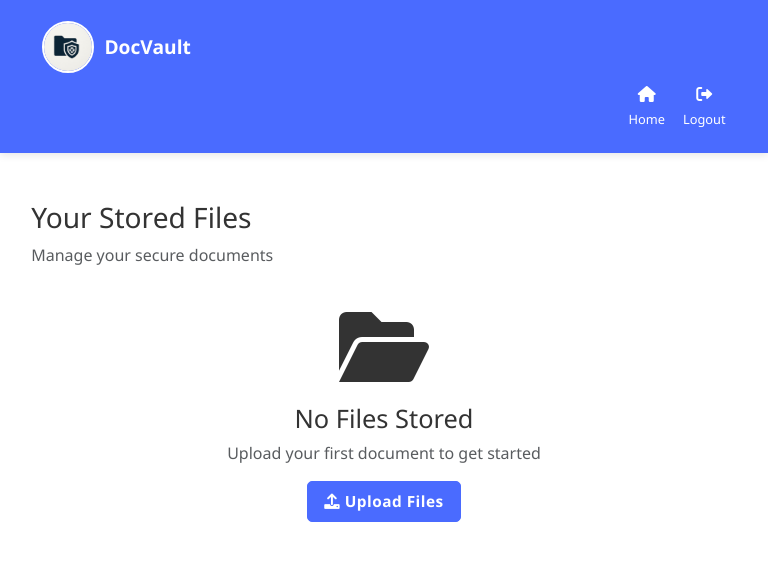
Repository: Satyaveni-Devisetti/DocVault
Page: storedfiles.html
The author's editor kept a copy of each file at every save. The page is drawn from the files as they stood at one save, then again after the next save.
The browser window is 768 px wide. The pictures show the whole page.

Above is the page before, as saved 2025-04-28 14:21:17.

### storedfiles.html
<!DOCTYPE html>
<html lang="en">
<head>
    <meta charset="UTF-8">
    <meta name="viewport" content="width=device-width, initial-scale=1.0">
    <title>Stored Files - DocVault</title>
    <link href="https://cdn.jsdelivr.net/npm/bootstrap@5.3.0/dist/css/bootstrap.min.css" rel="stylesheet">
    <link rel="stylesheet" href="https://cdnjs.cloudflare.com/ajax/libs/font-awesome/6.0.0/css/all.min.css">
    <link rel="stylesheet" href="styles.css">
    <style>
        .navbar {
            padding: 0.5rem 0;
            background: #4066fa;
        }
        .navbar .container {
            display: flex;
            align-items: center;
            justify-content: space-between;
        }
        .navbar-brand {
            display: flex;
            align-items: center;
            color: #fff !important;
            font-weight: 600;
            font-size: 1.5rem;
        }
        .navbar-logo {
            margin-right: 10px;
            height: 38px;
            width: 38px;
        }
        .navbar-nav {
            display: flex;
            flex-direction: row;
            align-items: center;
            gap: 18px;
        }
        .nav-link {
            color: #fff !important;
            font-weight: 500;
            display: flex;
            align-items: center;
            gap: 8px;
        }
        .nav-link .nav-icon-circle {
            background: rgba(255,255,255,0.15);
            border-radius: 50%;
            padding: 8px;
            display: flex;
            align-items: center;
            justify-content: center;
            font-size: 1.35rem;
        }
        @media (max-width: 991.98px) {
            .navbar {
                padding: 0.5rem 1rem;
            }
            .navbar-brand {
                font-size: 1.2rem;
            }
            .navbar-logo {
                height: 52px;
                width: 52px;
            }
            .nav-link {
                font-size: 1rem;
            }
            .nav-link .nav-icon-circle {
                padding: 8px;
                font-size: 1.5rem;
            }
        }
    </style>
</head>
<body>
    <nav class="navbar navbar-expand-lg navbar-light bg-light">
        <div class="container">
            <a class="navbar-brand" href="home.html">
                <img src="icon.png" alt="DocVault" class="navbar-logo">
                <span class="d-none d-md-inline">DocVault</span>
            </a>
            <div class="navbar-nav ms-auto">
                <a class="nav-link" href="home.html">
                    <i class="fas fa-home"></i>
                    <span>Home</span>
                </a>
                <a class="nav-link" href="#" id="logout-link">
                    <i class="fas fa-sign-out-alt"></i>
                    <span>Logout</span>
                </a>
            </div>
        </div>
    </nav>

    <div class="container mt-5">
        <div class="row mb-4">
            <div class="col">
                <h2>Your Stored Files</h2>
                <p class="text-muted">Manage your secure documents</p>
            </div>
        </div>

        <div id="files-container">
            <!-- Files will be dynamically added here -->
            <div id="no-files-message" class="text-center d-none">
                <i class="fas fa-folder-open fa-5x mb-3"></i>
                <h3>No Files Stored</h3>
                <p class="text-muted">Upload your first document to get started</p>
                <a href="home.html" class="btn btn-primary">
                    <i class="fas fa-upload"></i> Upload Files
                </a>
            </div>

            <div class="file-grid" id="file-grid">
                <!-- File cards will be added here dynamically -->
            </div>
        </div>
    </div>

    <!-- File Password Modal -->
    <div class="modal fade" id="passwordModal" tabindex="-1">
        <div class="modal-dialog">
            <div class="modal-content">
                <div class="modal-header">
                    <h5 class="modal-title">Enter File Password</h5>
                    <button type="button" class="btn-close" data-bs-dismiss="modal"></button>
                </div>
                <div class="modal-body">
                    <form id="password-form">
                        <div class="form-group">
                            <label for="file-password-input">Password</label>
                            <input type="password" class="form-control" id="file-password-input" required>
                        </div>
                        <div class="text-center mt-3">
                            <button type="submit" class="btn btn-primary">
                                <span class="button-text">Access File</span>
                                <span class="loading d-none"></span>
                            </button>
                        </div>
                    </form>
                </div>
            </div>
        </div>
    </div>

    <!-- Share Modal -->
    <div class="modal fade" id="shareModal" tabindex="-1">
        <div class="modal-dialog">
            <div class="modal-content">
                <div class="modal-header">
                    <h5 class="modal-title">Share File</h5>
                    <button type="button" class="btn-close" data-bs-dismiss="modal"></button>
                </div>
                <div class="modal-body">
                    <form id="share-form">
                        <div class="form-group">
                            <label for="share-email">Recipient's Email</label>
                            <input type="email" class="form-control" id="share-email" required>
                        </div>
                        <div class="form-group mt-3">
                            <label for="share-message">Message (Optional)</label>
                            <textarea class="form-control" id="share-message" rows="3"></textarea>
                        </div>
                        <div class="text-center mt-3">
                            <button type="submit" class="btn btn-primary">
                                <span class="button-text">Share</span>
                                <span class="loading d-none"></span>
                            </button>
                        </div>
                    </form>
                </div>
            </div>
        </div>
    </div>

    <script src="https://cdn.jsdelivr.net/npm/bootstrap@5.3.0/dist/js/bootstrap.bundle.min.js"></script>
    <script src="script.js"></script>
</body>
</html>

### styles.css
:root {
    --primary-color: #4a6bff;
    --secondary-color: #f8f9fa;
    --text-color: #333;
    --success-color: #28a745;
    --error-color: #dc3545;
}

body {
    font-family: 'Segoe UI', Tahoma, Geneva, Verdana, sans-serif;
    margin: 0;
    padding: 0;
    color: var(--text-color);
}

/* Index Page Styles */
.left-side {
    background-color: var(--secondary-color);
    padding: 2rem;
    display: flex;
    align-items: center;
    justify-content: center;
}

.right-side {
    background-color: white;
    padding: 2rem;
    display: flex;
    flex-direction: column;
    align-items: center;
    justify-content: center;
}

.content h1 {
    font-size: 2.5rem;
    margin-bottom: 1rem;
    color: var(--primary-color);
}

.features {
    list-style: none;
    padding: 0;
}

.features li {
    margin: 1rem 0;
    font-size: 1.1rem;
}

.features i {
    color: var(--primary-color);
    margin-right: 0.5rem;
}

.auth-buttons {
    margin-bottom: 2rem;
}

.auth-buttons .btn {
    margin: 0 0.5rem;
    padding: 0.5rem 1.5rem;
}

.icon-container {
    font-size: 8rem;
    color: var(--primary-color);
    animation: float 3s ease-in-out infinite;
}

@keyframes float {
    0% {
        transform: translateY(0px);
    }
    50% {
        transform: translateY(-20px);
    }
    100% {
        transform: translateY(0px);
    }
}

/* Card and Container Base Styles */
.form-container, .file-card, .alert {
    background: #ffffff;
    border-radius: 10px;
    border: 1px solid rgba(0, 0, 0, 0.05);
    box-shadow: rgba(99, 99, 99, 0.1) 0px 2px 8px 0px, rgba(0, 0, 0, 0.05) 0px 0px 0px 1px;
    transition: all 0.3s ease;
}

.form-container:hover, .file-card:hover {
    box-shadow: rgba(0, 0, 0, 0.1) 0px 10px 15px -3px, rgba(0, 0, 0, 0.05) 0px 4px 6px -2px;
}

.form-container {
    max-width: 500px;
    width: 95%;
    margin: 2rem auto;
    padding: 2rem;
}

.form-container h2 {
    color: #333;
    font-weight: 700;
    margin-bottom: 2rem;
    font-size: clamp(1.5rem, 4vw, 2rem);
    text-transform: uppercase;
    letter-spacing: 0.5px;
}

/* Section Headers */
.section-headers {
    display: flex;
    justify-content: center;
    gap: clamp(1rem, 3vw, 2rem);
    margin-bottom: 2rem;
    padding-bottom: 0.5rem;
    border-bottom: 2px solid #e9ecef;
    flex-wrap: wrap;
}

.section-title {
    color: #666;
    font-size: clamp(1rem, 3vw, 1.25rem);
    font-weight: 600;
    cursor: pointer;
    padding: 0.5rem 1rem;
    margin: 0;
    transition: all 0.3s ease;
    position: relative;
    border: none;
    background: none;
    outline: none;
    white-space: nowrap;
}

.section-title:hover {
    color: var(--primary-color);
}

.section-title.active {
    color: var(--primary-color);
}

.section-title.active::after {
    content: '';
    position: absolute;
    bottom: -0.5rem;
    left: 0;
    width: 100%;
    height: 3px;
    background-color: var(--primary-color);
    transition: all 0.3s ease;
}

/* Form Styles */
.update-form {
    opacity: 0;
    display: none;
    transition: opacity 0.3s ease;
    position: relative;
}

.update-form.active {
    opacity: 1;
    display: block;
}

.form-group {
    margin-bottom: 1.5rem;
}

.form-group label {
    display: block;
    margin-bottom: 0.5rem;
    font-weight: 600;
    color: #333;
    font-size: clamp(0.875rem, 2vw, 1rem);
}

.form-control {
    padding: clamp(0.5rem, 2vw, 0.75rem);
    border-radius: 5px;
    border: 1px solid #ddd;
    width: 100%;
    font-size: clamp(0.875rem, 2vw, 1rem);
    background-color: white;
}

.form-control:focus {
    border-color: var(--primary-color);
    box-shadow: 0 0 0 0.2rem rgba(74, 107, 255, 0.25);
}

/* Input Group for Password Fields */
.input-group {
    display: flex;
    align-items: stretch;
    width: 100%;
    margin-bottom: 1rem;
}

.input-group .form-control {
    border-top-right-radius: 0;
    border-bottom-right-radius: 0;
    margin-bottom: 0;
}

.input-group .btn {
    border-top-left-radius: 0;
    border-bottom-left-radius: 0;
}

/* Button Styles */
.btn {
    padding: clamp(0.5rem, 2vw, 0.75rem) clamp(1rem, 3vw, 1.5rem);
    font-size: clamp(0.875rem, 2vw, 1rem);
    border-radius: 5px;
    transition: all 0.3s ease;
}

.btn-primary {
    background-color: var(--primary-color);
    border-color: var(--primary-color);
    color: white;
    font-weight: 600;
    letter-spacing: 0.5px;
}

.btn-primary:hover {
    transform: translateY(-2px);
    box-shadow: 0 4px 12px rgba(74, 107, 255, 0.2);
}

.btn-outline-secondary {
    background-color: white;
    border-color: #ddd;
    color: #666;
}

.btn-outline-secondary:hover {
    background-color: #f8f9fa;
    border-color: #ddd;
    color: #333;
}

/* File Grid Styles */
.file-grid {
    display: grid;
    grid-template-columns: repeat(auto-fill, minmax(280px, 1fr));
    gap: 1.5rem;
    padding: 1.5rem;
}

.file-card {
    padding: 1.5rem;
    transition: all 0.3s ease;
}

.file-card:hover {
    transform: translateY(-5px);
    box-shadow: rgba(17, 17, 26, 0.1) 0px 8px 24px, rgba(17, 17, 26, 0.1) 0px 16px 56px;
}

.file-actions {
    display: flex;
    justify-content: space-around;
    margin-top: 1rem;
}

.file-actions i {
    cursor: pointer;
    color: var(--primary-color);
    transition: color 0.2s;
}

.file-actions i:hover {
    color: #3a5bef;
}

/* Responsive Design */
@media (max-width: 1200px) {
    .file-grid {
        grid-template-columns: repeat(auto-fill, minmax(250px, 1fr));
        gap: 1.25rem;
        padding: 1.25rem;
    }
}

@media (max-width: 992px) {
    .form-container {
        width: 90%;
        padding: 1.75rem;
    }

    .file-grid {
        grid-template-columns: repeat(auto-fill, minmax(220px, 1fr));
        gap: 1rem;
        padding: 1rem;
    }
}

@media (max-width: 768px) {
    .form-container {
        width: 85%;
        padding: 1.5rem;
        margin: 1.5rem auto;
    }

    .section-headers {
        gap: 1rem;
    }

    .file-grid {
        grid-template-columns: repeat(auto-fill, minmax(200px, 1fr));
    }

    .file-card {
        padding: 1.25rem;
    }
}

@media (max-width: 576px) {
    .form-container {
        width: 92%;
        padding: 1.25rem;
        margin: 1rem auto;
    }

    .section-headers {
        flex-direction: row;
        gap: 0.75rem;
    }

    .section-title {
        padding: 0.4rem 0.8rem;
    }

    .file-grid {
        grid-template-columns: 1fr;
        padding: 0.75rem;
        gap: 1rem;
    }

    .file-card {
        width: 100%;
        min-width: 0;
        max-width: 100%;
        margin: 0 auto 1rem auto;
        box-sizing: border-box;
    }

    .form-group {
        margin-bottom: 1rem;
    }
}

/* Animations */
.fade-in {
    animation: fadeIn 0.5s ease-in;
}

@keyframes fadeIn {
    from {
        opacity: 0;
        transform: translateY(20px);
    }
    to {
        opacity: 1;
        transform: translateY(0);
    }
}

/* Loading Animation */
.loading {
    display: inline-block;
    width: 20px;
    height: 20px;
    border: 3px solid rgba(255,255,255,.3);
    border-radius: 50%;
    border-top-color: #fff;
    animation: spin 1s ease-in-out infinite;
}

@keyframes spin {
    to { transform: rotate(360deg); }
}

/* Error and Success Messages */
.alert {
    margin: 1rem 0;
    padding: clamp(0.75rem, 2vw, 1rem);
    font-size: clamp(0.875rem, 2vw, 1rem);
}

.alert-success {
    background-color: #d4edda;
    border-color: #c3e6cb;
    color: #155724;
}

.alert-error {
    background-color: #f8d7da;
    border-color: #f5c6cb;
    color: #721c24;
}

.spinner-border-sm {
    width: 1rem;
    height: 1rem;
    border-width: 0.2em;
}

.btn:disabled {
    cursor: not-allowed;
    opacity: 0.8;
}

/* Navbar Styles */
.navbar {
    padding: 0.75rem 0;
    background-color: var(--primary-color) !important;
    width: 100%;
    margin: 0;
    box-shadow: 0 2px 8px rgba(0, 0, 0, 0.1);
}

.navbar .container {
    display: flex;
    justify-content: space-between;
    align-items: center;
    padding: 0 2rem;
}

.navbar-brand {
    display: flex;
    align-items: center;
    color: white !important;
    font-size: 1.5rem;
    font-weight: 600;
    text-decoration: none;
}

.navbar-logo {
    width: 40px;
    height: 40px;
    border-radius: 50%;
    margin-right: 12px;
    border: 2px solid white;
    object-fit: cover;
}

.navbar-nav {
    display: flex;
    align-items: center;
    gap: 1.5rem;
}

.nav-link {
    color: white !important;
    text-decoration: none;
    display: flex;
    flex-direction: column;
    align-items: center;
    transition: all 0.3s ease;
}

.nav-icon-circle {
    width: 40px;
    height: 40px;
    border-radius: 50%;
    background: rgba(255, 255, 255, 0.1);
    display: flex;
    align-items: center;
    justify-content: center;
    margin-bottom: 0.5rem;
    border: 2px solid rgba(255, 255, 255, 0.2);
    transition: all 0.3s ease;
}

.nav-link:hover .nav-icon-circle {
    background: white;
    border-color: white;
}

.nav-link:hover .nav-icon-circle i {
    color: var(--primary-color);
}

.nav-link span {
    font-size: 0.875rem;
    color: white;
}

/* Main Icon Styles */
.main-icon {
    display: flex;
    justify-content: center;
    align-items: center;
    height: 100%;
    padding: 2rem;
}

.circular-icon {
    width: 300px;
    height: 300px;
    border-radius: 50%;
    object-fit: cover;
    box-shadow: 0 4px 20px rgba(0, 0, 0, 0.15);
    border: 6px solid var(--primary-color);
}

/* Responsive Styles */
@media (max-width: 1200px) {
    .circular-icon {
        width: 250px;
        height: 250px;
    }
}

@media (max-width: 992px) {
    .navbar-logo {
        width: 40px;
        height: 40px;
    }

    .circular-icon {
        width: 200px;
        height: 200px;
    }
}

@media (max-width: 768px) {
    .navbar .container {
        padding: 0 1rem;
    }

    .navbar-brand {
        font-size: 1.25rem;
    }

    .navbar-logo {
        width: 32px;
        height: 32px;
        margin-right: 8px;
    }

    .circular-icon {
        width: 180px;
        height: 180px;
        border-width: 4px;
    }

    .nav-icon-circle {
        width: 32px;
        height: 32px;
        margin-bottom: 0.25rem;
    }

    .nav-link span {
        font-size: 0.75rem;
    }
}

@media (max-width: 576px) {
    .navbar .container {
        padding: 0 0.75rem;
    }

    .navbar-brand {
        font-size: 1.1rem;
    }

    .navbar-logo {
        width: 28px;
        height: 28px;
        margin-right: 6px;
    }

    .circular-icon {
        width: 150px;
        height: 150px;
    }

    .nav-icon-circle {
        width: 28px;
        height: 28px;
    }

    .section-headers {
        gap: 1rem;
    }

    .section-title {
        font-size: 1.1rem;
        padding: 0.4rem 0.8rem;
    }

    .form-container {
        padding: 1.5rem;
        margin: 1rem;
    }

    .form-container h2 {
        font-size: 1.5rem;
    }

    .nav-link span {
        font-size: 0.7rem;
    }
}

/* Update Details Page Specific */
.nav-tabs {
    border-bottom: 2px solid #dee2e6;
    margin-bottom: 2rem;
}

.nav-tabs .nav-link {
    color: var(--text-color);
    font-weight: 500;
    padding: 0.75rem 1.5rem;
    border: none;
    border-bottom: 2px solid transparent;
    margin-bottom: -2px;
}

.nav-tabs .nav-link:hover {
    border-color: transparent;
    color: var(--primary-color);
}

.nav-tabs .nav-link.active {
    color: var(--primary-color);
    background: none;
    border-bottom: 2px solid var(--primary-color);
}

.tab-content {
    padding: 1rem 0;
}

/* Responsive Navbar */
@media (min-width: 769px) and (max-width: 1200px) {
    /* Tablet - Keep navbar similar to desktop */
    .navbar .container {
        padding: 0 1.5rem;
    }

    .navbar-logo {
        width: 35px;
        height: 35px;
    }

    .nav-icon-circle {
        width: 35px;
        height: 35px;
    }
}

@media (max-width: 768px) {
    /* Mobile navbar adjustments */
    .navbar {
        padding: 0.5rem 0;
    }

    .navbar .container {
        padding: 0 1rem;
    }

    .navbar-brand {
        font-size: 1.25rem;
    }

    .navbar-logo {
        width: 32px;
        height: 32px;
        margin-right: 8px;
    }

    .navbar-nav {
        gap: 1rem;
    }

    .nav-icon-circle {
        width: 32px;
        height: 32px;
        margin-bottom: 0.25rem;
    }

    .nav-link span {
        font-size: 0.75rem;
    }
}

@media (max-width: 576px) {
    /* Small mobile navbar */
    .navbar .container {
        padding: 0 0.75rem;
    }

    .navbar-brand {
        font-size: 1.1rem;
    }

    .navbar-logo {
        width: 28px;
        height: 28px;
        margin-right: 6px;
    }

    .navbar-nav {
        gap: 0.75rem;
    }

    .nav-icon-circle {
        width: 28px;
        height: 28px;
    }

    .nav-link span {
        font-size: 0.7rem;
    }
}

/* Mobile and Tablet Styles */
@media (max-width: 991.98px) {
    .navbar-nav {
        flex-direction: row;
        justify-content: space-around;
        width: 100%;
        padding: 0.5rem 0;
    }

    .nav-link {
        display: flex;
        flex-direction: column;
        align-items: center;
        padding: 0.5rem;
    }

    .nav-icon-circle {
        margin-bottom: 0.25rem;
    }

    .section-headers {
        flex-direction: row;
        flex-wrap: wrap;
    }

    .section-title {
        flex: 1;
        min-width: 150px;
        margin: 0.25rem;
        padding: 0.75rem;
        font-size: 0.9rem;
    }

    .update-form {
        padding: 1rem;
    }

    .form-group {
        margin-bottom: 1rem;
    }
}

/* Tablet specific styles */
@media (min-width: 768px) and (max-width: 991.98px) {
    .container {
        max-width: 95%;
    }

    .section-headers {
        gap: 1rem;
    }

    .section-title {
        font-size: 1rem;
    }
}

/* Mobile specific styles */
@media (max-width: 767.98px) {
    .container {
        padding: 0 1rem;
    }

    .section-headers {
        gap: 0.5rem;
    }

    .section-title {
        font-size: 0.85rem;
        padding: 0.5rem;
    }

    .form-container {
        padding: 1rem;
    }
}

/* Update Details Page Specific */
.update-sections {
    width: 100%;
}

.update-section {
    background: #fff;
    border-radius: 8px;
    padding: 1.5rem;
    height: 100%;
    box-shadow: 0 2px 4px rgba(0,0,0,0.05);
}

.update-section h3.section-title {
    color: var(--primary-color);
    font-size: 1.25rem;
    margin-bottom: 1.5rem;
    padding-bottom: 0.75rem;
    border-bottom: 2px solid var(--primary-color);
}

/* Mobile and Tablet Styles */
@media (max-width: 991.98px) {
    /* Navbar adjustments */
    .navbar {
        padding: 0.5rem 0;
    }

    .navbar .container {
        padding: 0.5rem;
    }

    .navbar-nav {
        display: flex;
        flex-direction: row;
        justify-content: flex-end;
        gap: 1rem;
        margin: 0;
    }

    .nav-link {
        padding: 0;
        margin: 0;
    }

    .nav-icon-circle {
        width: 36px;
        height: 36px;
        margin-bottom: 4px;
    }

    .nav-link span {
        font-size: 0.7rem;
    }

    /* Update sections adjustments */
    .form-container {
        padding: 1rem;
        margin: 0.5rem auto;
    }

    .update-section {
        padding: 1rem;
        margin-bottom: 1rem;
    }

    .update-section h3.section-title {
        font-size: 1.1rem;
        margin-bottom: 1rem;
        text-align: center;
    }

    .form-group {
        margin-bottom: 0.75rem;
    }

    .btn {
        padding: 0.5rem 1rem;
    }
}

/* Tablet specific styles */
@media (min-width: 768px) and (max-width: 991.98px) {
    .navbar-brand {
        font-size: 1.3rem;
    }

    .nav-icon-circle {
        width: 40px;
        height: 40px;
    }

    .nav-link span {
        font-size: 0.8rem;
    }

    .update-section {
        padding: 1.25rem;
    }

    .update-section h3.section-title {
        font-size: 1.2rem;
    }
}

/* Mobile specific styles */
@media (max-width: 767.98px) {
    .navbar-brand {
        font-size: 1.1rem;
    }

    .navbar-logo {
        width: 30px;
        height: 30px;
    }

    .nav-icon-circle {
        width: 32px;
        height: 32px;
    }

    .nav-link span {
        font-size: 0.65rem;
    }

    .form-container {
        padding: 0.75rem;
    }

    .update-section {
        padding: 1rem;
    }

    .update-section h3.section-title {
        font-size: 1rem;
    }

    .form-group label {
        font-size: 0.9rem;
    }

    .form-control {
        font-size: 0.9rem;
        padding: 0.4rem 0.75rem;
    }
}

Loaded but not shown: script.js (985 lines, source omitted)

After the next save:
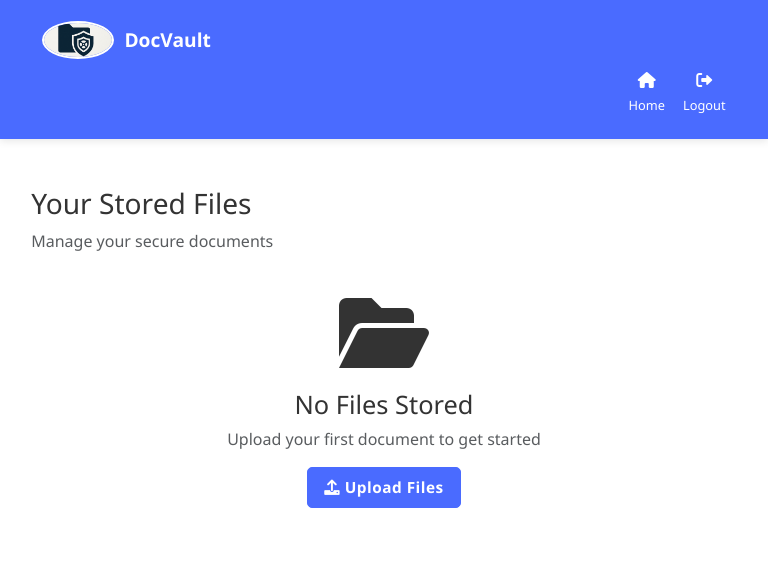
Saved 20 s later.
--- a/storedfiles.html
+++ b/storedfiles.html
@@ -59,8 +59,8 @@
                 font-size: 1.2rem;
             }
             .navbar-logo {
-                height: 52px;
-                width: 52px;
+                height: 72;
+                width: 72px;
             }
             .nav-link {
                 font-size: 1rem;
